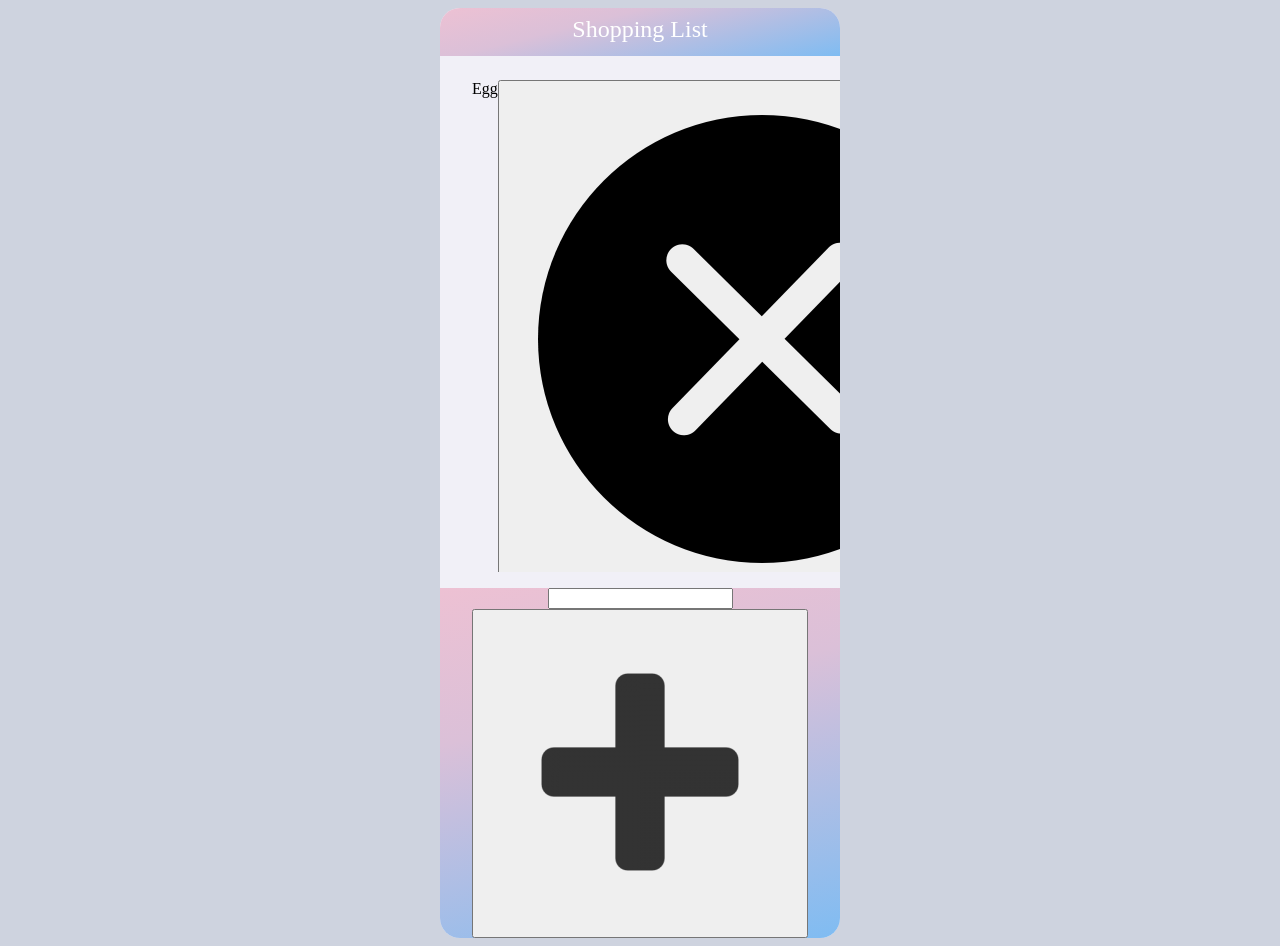
Repository: yoon-dh/JS_Prac
Page: shopping_list/shopping_list.html
These files come from the project's save history. The page is drawn as it stood at one moment and after the next save; the edit follows.
The browser window is 1280 px wide. The pictures show the whole page.

Above is the page before, as saved 2023-06-21 22:17:12.

### shopping_list/shopping_list.html
<!DOCTYPE html>
<html lang="en">
  <head>
    <meta charset="UTF-8" />
    <meta http-equiv="X-UA-Compatible" content="IE=edge" />
    <meta name="viewport" content="width=device-width, initial-scale=1.0" />
    <title>Document</title>
    <link rel="stylesheet" href="style.css" />
    <script src="main.js" defer></script>
  </head>
  <body>
    <section class="list">
      <header class="header">Shopping List</header>
      <ul class="items">
        <li class="item_row">
          <div class="item">
            <span class="item_name">Egg</span>
            <button class="item_delete">
              <img src="image/delete-button.png" alt="" />
            </button>
          </div>
          <div class="item_divider"></div>
        </li>
      </ul>
      <footer class="footer">
        <input class="footer_input" type="text" />
        <button class="footer_button">
          <img src="image/plus-icon-black-2.png" alt="" />
        </button>
      </footer>
    </section>
  </body>
</html>

### shopping_list/style.css
* {
  box-sizing: border-box;
}

ul {
  padding: 0;
}

body {
  background-color: #ced3df;
  text-align: center;
}

.list {
  width: 400px;
  margin: auto;
  background-color: #f1f0f7;
  border-radius: 20px;
}

.header {
  height: 48px;
  padding: 8px;
  font-size: 24px;
  background: rgba(237, 193, 211);
  background: linear-gradient(
    166deg,
    rgba(237, 193, 211, 1) 0%,
    rgba(219, 192, 216, 1) 35%,
    rgba(127, 188, 242, 1) 100%
  );
  border-radius: 20px 20px 0px 0px;
  color: white;
}

.items {
  height: 500px;
  overflow-y: auto;
}

.item {
  display: flex;
  justify-content: space-between;
  padding: 8px 32px;
}

.item_divider {
  width: 90%;
  height: 1px;
  background-color: lightgray;
  margin: auto;
}

.footer {
  background: rgba(237, 193, 211);
  background: linear-gradient(
    166deg,
    rgba(237, 193, 211, 1) 0%,
    rgba(219, 192, 216, 1) 35%,
    rgba(127, 188, 242, 1) 100%
  );

  border-radius: 0px 0px 20px 20px;
}

Loaded but not shown: shopping_list/main.js (no copy from this time; the picture is the same without it)

After the next save:
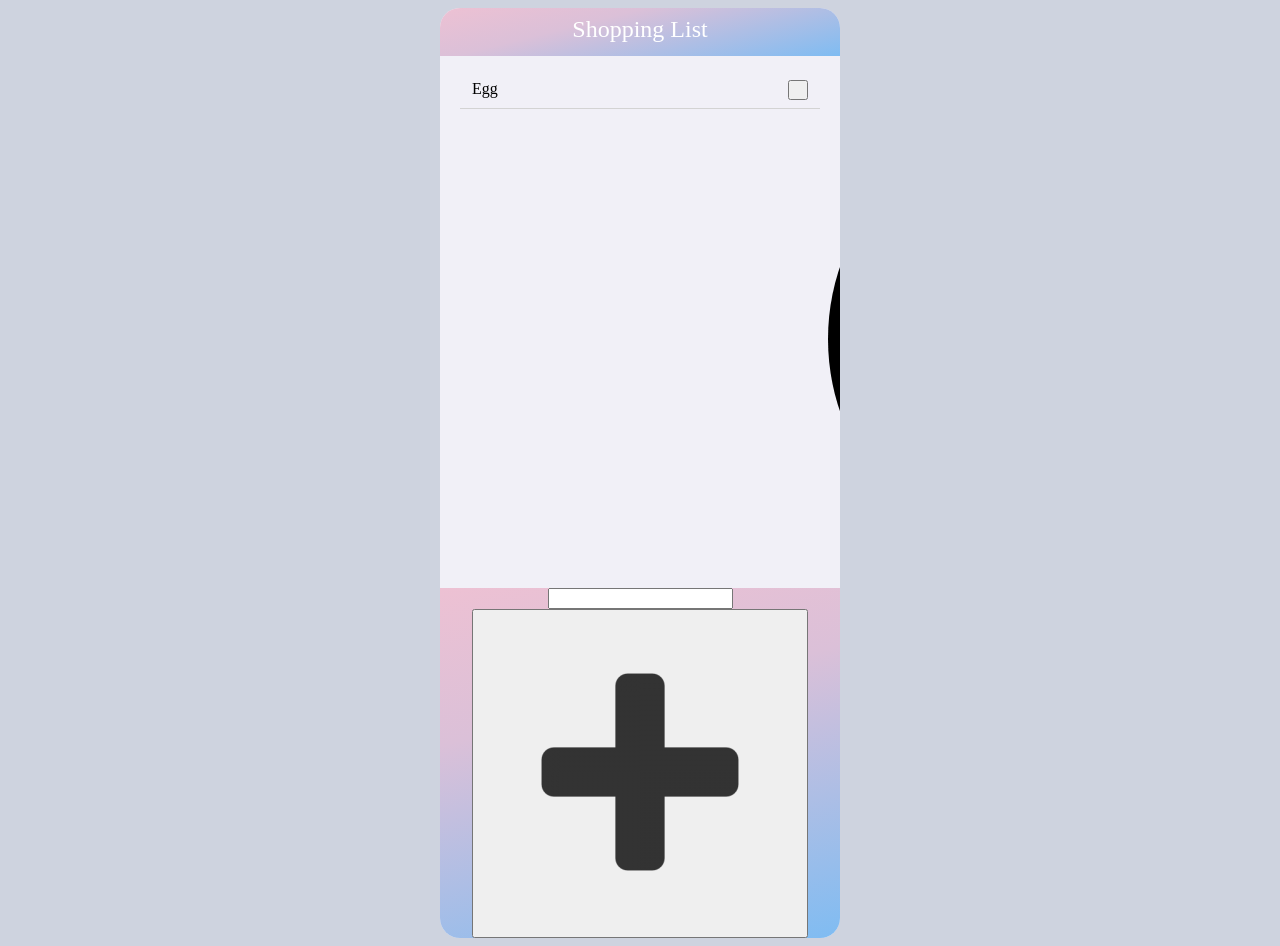
Saved 35 s later.
--- a/shopping_list/style.css
+++ b/shopping_list/style.css
@@ -51,6 +51,12 @@ body {
   margin: auto;
 }
 
+.item_delete {
+  cursor: pointer;
+  width: 20px;
+  height: 20px;
+}
+
 .footer {
   background: rgba(237, 193, 211);
   background: linear-gradient(
